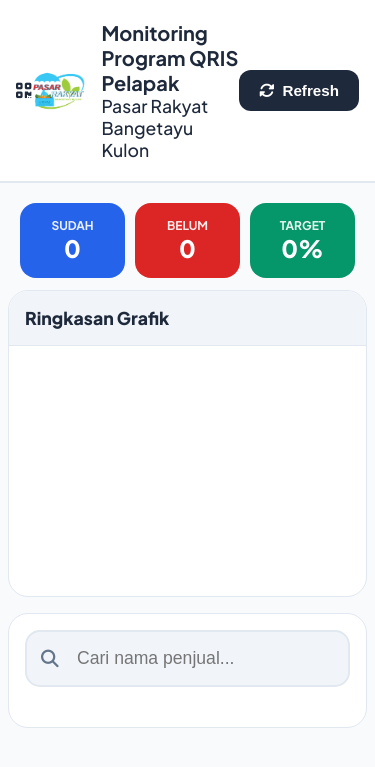
Repository: pasarrakyatbak/monitoringqrispelapak
Page: qris.html
The author's editor kept a copy of each file at every save. The page is drawn from the files as they stood at one save, then again after the next save.
The browser window is 375 px wide. The pictures show the whole page.
The page's requests for data from a server got no answer.

Above is the page before, as saved 2026-01-06 19:47:44.

### qris.html
<!DOCTYPE html>
<html lang="id">

<head>
    <meta charset="UTF-8">
    <meta name="viewport" content="width=device-width, initial-scale=1.0, maximum-scale=1.0">
    <title>Monitoring QRIS - Pelapak</title>
    <link href="https://fonts.googleapis.com/css2?family=Plus+Jakarta+Sans:wght@500;700;800&display=swap"
        rel="stylesheet">
    <link rel="stylesheet" href="https://cdnjs.cloudflare.com/ajax/libs/font-awesome/6.4.0/css/all.min.css">
    <link rel="stylesheet" href="qris.css">
    <script src="https://cdn.jsdelivr.net/npm/chart.js"></script>
</head>

<body>

    <div id="loading-overlay" class="overlay">
        <div class="loader-box">
            <i class="fas fa-circle-notch fa-spin"></i>
            <p>Memuat Data...</p>
        </div>
    </div>

    <div class="app-shell">
        <header class="top-nav">
            <div class="brand">
                <i class="fas fa-qrcode"></i>
                <img src="assets/img/logo.png" alt="Logo Pasar Rakyat" class="brand-logo">
                <div>
                    <h1>Monitoring Program QRIS Pelapak</h1>
                    <p>Pasar Rakyat Bangetayu Kulon</p>
                </div>
            </div>
            <button class="refresh-btn" onclick="refreshData()" title="Segarkan Data">
                <i class="fas fa-sync-alt"></i> <span>Refresh</span>
            </button>
        </header>

        <main class="main-content">
            <div class="stat-grid">
                <div class="s-card blue">
                    <p>SUDAH</p>
                    <h3 id="jmlSudah">0</h3>
                </div>
                <div class="s-card rose">
                    <p>BELUM</p>
                    <h3 id="jmlBelum">0</h3>
                </div>
                <div class="s-card emerald">
                    <p>TARGET</p>
                    <h3 id="persenQRIS">0%</h3>
                </div>
            </div>

            <div class="dashboard-layout">
                <section class="panel chart-panel">
                    <div class="panel-header">Ringkasan Grafik</div>
                    <div class="chart-container">
                        <canvas id="chartQRIS"></canvas>
                    </div>
                </section>

                <section class="panel list-panel">
                    <div class="search-bar">
                        <div class="input-group">
                            <i class="fas fa-search"></i>
                            <input type="text" id="searchLapak" placeholder="Cari nama penjual..."
                                onkeyup="filterLapak()">
                        </div>
                    </div>

                    <div id="data-container">
                        <div id="listPelapak" class="list-pelapak"></div>
                    </div>
                </section>
            </div>
        </main>
    </div>

    <div id="toast" class="toast">Data Berhasil Disimpan!</div>

    <script src="qris.js"></script>
</body>

</html>

### qris.css
:root {
    --primary: #2563eb;
    --emerald: #059669;
    --rose: #dc2626;
    --slate-800: #1e293b;
    --white: #ffffff;
    /* Ukuran teks proporsional untuk orang tua */
    --text-xl: 1.5rem;
    /* 24px */
    --text-lg: 1.25rem;
    /* 20px */
    --text-base: 1.1rem;
    /* 18px - Standar teks orang tua */
    --text-sm: 0.95rem;
    /* 15px */
}

* {
    margin: 0;
    padding: 0;
    box-sizing: border-box;
}

body {
    font-family: 'Plus Jakarta Sans', sans-serif;
    background: #f8fafc;
    color: var(--slate-800);
    font-size: var(--text-base);
    /* Default teks besar */
}

/* Loading Overlay Full Screen */
.overlay {
    position: fixed;
    top: 0;
    left: 0;
    width: 100%;
    height: 100%;
    background: rgba(255, 255, 255, 0.9);
    display: flex;
    justify-content: center;
    align-items: center;
    z-index: 9999;
}

.loader-box {
    text-align: center;
    color: var(--primary);
}

.loader-box i {
    font-size: 3rem;
    margin-bottom: 15px;
}

.loader-box p {
    font-weight: 700;
    font-size: var(--text-lg);
}

/* Header & Refresh */
.top-nav {
    display: flex;
    justify-content: space-between;
    align-items: center;
    padding: 20px 16px;
    background: var(--white);
    border-bottom: 2px solid #e2e8f0;
    top: 0;
    z-index: 100;
}

/* Tambahkan ini di file qris.css Anda */

.brand {
    display: flex;
    align-items: center;
    /* Hapus gap: 12px; jika sebelumnya ada, kita atur di margin gambar saja */
}

.brand-logo {
    /* Mengatur ukuran tinggi logo agar proporsional dengan teks */
    height: 55px;
    width: auto;
    /* Lebar menyesuaikan tinggi */

    /* Memberi jarak antara logo dan teks di sebelahnya */
    margin-right: 15px;

    /* Opsional: agar gambar tidak gepeng jika ukurannya tidak persegi */
    object-fit: contain;

    /* Opsional: memberi sedikit lengkungan di sudut logo */
    border-radius: 8px;
}


.brand h1 {
    font-size: var(--text-lg);
}

.refresh-btn {
    padding: 12px 20px;
    border-radius: 12px;
    border: none;
    background: var(--slate-800);
    color: white;
    font-weight: 700;
    font-size: var(--text-sm);
    cursor: pointer;
    display: flex;
    align-items: center;
    gap: 8px;
}

/* Stats */
.stat-grid {
    display: grid;
    grid-template-columns: repeat(3, 1fr);
    gap: 10px;
    padding: 12px;
}

.s-card {
    padding: 15px 5px;
    border-radius: 16px;
    text-align: center;
    color: white;
}

.s-card.blue {
    background: #2563eb;
}

.s-card.rose {
    background: #dc2626;
}

.s-card.emerald {
    background: #059669;
}

.s-card h3 {
    font-size: var(--text-xl);
    font-weight: 800;
}

.s-card p {
    font-size: 0.75rem;
    font-weight: 700;
    opacity: 0.9;
}

/* Dashboard Layout */
.main-content {
    padding: 8px;
}

.panel {
    background: white;
    border-radius: 20px;
    border: 1px solid #e2e8f0;
    margin-bottom: 16px;
    overflow: hidden;
}

.panel-header {
    padding: 16px;
    font-weight: 800;
    border-bottom: 1px solid #e2e8f0;
    background: #f1f5f9;
}

/* Card Style for List (Pengganti Table agar tidak geser kanan-kiri) */
.list-pelapak {
    display: flex;
    flex-direction: column;
    gap: 12px;
    padding: 12px;
}

.pelapak-item {
    background: #fff;
    border: 2px solid #f1f5f9;
    padding: 20px;
    border-radius: 18px;
    box-shadow: 0 4px 6px -1px rgba(0, 0, 0, 0.05);
}

.p-name {
    font-size: var(--text-lg);
    font-weight: 700;
    margin-bottom: 15px;
    color: var(--primary);
    display: block;
}

/* Input & Select Besar */
.label-hint {
    display: block;
    font-size: 0.85rem;
    color: #64748b;
    margin-bottom: 6px;
    font-weight: 700;
}

.input-big {
    width: 100%;
    padding: 14px;
    border-radius: 12px;
    border: 2px solid #cbd5e1;
    font-size: var(--text-base);
    margin-bottom: 16px;
    outline: none;
}

.input-big:focus {
    border-color: var(--primary);
}

.btn-simpan {
    width: 100%;
    padding: 16px;
    border-radius: 12px;
    background: var(--primary);
    color: white;
    border: none;
    font-size: var(--text-base);
    font-weight: 800;
    cursor: pointer;
    box-shadow: 0 4px 0 #1e40af;
    /* Efek 3D agar jelas itu tombol */
}

.btn-simpan:active {
    transform: translateY(2px);
    box-shadow: none;
}

.btn-simpan:disabled {
    background: #94a3b8;
    box-shadow: none;
}

/* Search Bar Besar */
.search-bar {
    padding: 16px;
}

.input-group {
    position: relative;
}

.input-group i {
    position: absolute;
    left: 16px;
    top: 50%;
    transform: translateY(-50%);
    color: #64748b;
}

.input-group input {
    width: 100%;
    padding: 16px 16px 16px 50px;
    border-radius: 15px;
    border: 2px solid #e2e8f0;
    font-size: var(--text-base);
    background: #f1f5f9;
}

/* Toast */
.toast {
    position: fixed;
    bottom: 30px;
    left: 50%;
    transform: translateX(-50%);
    background: #1e293b;
    color: white;
    padding: 15px 30px;
    border-radius: 50px;
    font-weight: 700;
    display: none;
    z-index: 10000;
}

/* Grafik Height */
.chart-container {
    height: 250px;
    padding: 16px;
}

@media (min-width: 800px) {
    .dashboard-layout {
        display: grid;
        grid-template-columns: 350px 1fr;
        gap: 20px;
    }

    .list-pelapak {
        display: grid;
        grid-template-columns: 1fr 1fr;
        gap: 16px;
    }
}

### qris.js
const API_URL = "https://script.google.com/macros/s/AKfycby4z2qZ24SrJkcyGpybH29lSUC_3_z1LG-7wSmTzpaOEXrwjXf0Cl3hqkg95qAxPj1-/exec";

let masterData = [];
let chartInstance;

// Fungsi Menampilkan/Sembunyikan Loading Utama
function toggleLoader(show) {
    document.getElementById("loading-overlay").style.display = show ? "flex" : "none";
}

async function init() {
    toggleLoader(true);
    try {
        await Promise.all([fetchData(), fetchStats()]);
    } catch (e) {
        alert("Gagal memuat data. Periksa koneksi internet.");
    } finally {
        toggleLoader(false);
    }
}

async function refreshData() {
    await init();
}

async function fetchData() {
    const res = await fetch(`${API_URL}?action=listQRIS`);
    const json = await res.json();
    masterData = json.data;
    renderData(masterData);
}

async function fetchStats() {
    const res = await fetch(`${API_URL}?action=statistikQRIS`);
    const d = await res.json();

    document.getElementById("jmlSudah").innerText = d.sudah;
    document.getElementById("jmlBelum").innerText = d.belum;
    const p = Math.round((d.sudah / d.totalPelapak) * 100) || 0;
    document.getElementById("persenQRIS").innerText = p + "%";

    drawChart(d.sudah, d.belum);
}

// Render data menggunakan format KARTU (bukan tabel) agar tidak geser kanan kiri
function renderData(data) {
    const container = document.getElementById("listPelapak");
    if (data.length === 0) {
        container.innerHTML = `<p style="text-align:center; padding:20px;">Nama tidak ditemukan...</p>`;
        return;
    }

    container.innerHTML = data.map(d => `
        <div class="pelapak-item">
            <span class="p-name">${d.no}. ${d.nama}</span>

            <label class="label-hint">Nomor Lapak:</label>
            <input type="text" class="input-big" id="lapak-${d.no}" value="${d.nomorLapak || ''}" placeholder="Contoh: A-01">

            <label class="label-hint">Status Pengambilan QRIS:</label>
            <select class="input-big" id="status-${d.no}">
                <option value="Belum" ${d.statusQRIS === 'Belum' ? 'selected' : ''}>❌ BELUM AMBIL QRIS</option>
                <option value="Sudah" ${d.statusQRIS === 'Sudah' ? 'selected' : ''}>✅ SUDAH AMBIL QRIS</option>
            </select>

            <button class="btn-simpan" id="btn-${d.no}" onclick="updateData(${d.no})">
                <i class="fas fa-save"></i> SIMPAN PERUBAHAN
            </button>
        </div>
    `).join('');
}

async function updateData(no) {
    const btn = document.getElementById(`btn-${no}`);
    const lp = document.getElementById(`lapak-${no}`).value;
    const st = document.getElementById(`status-${no}`).value;

    // Loading pada tombol
    const originalText = btn.innerHTML;
    btn.disabled = true;
    btn.innerHTML = `<i class="fas fa-spinner fa-spin"></i> MENYIMPAN...`;

    try {
        await fetch(`${API_URL}?action=updateQRISPelapak&no=${no}&nomorLapak=${encodeURIComponent(lp)}&statusQRIS=${st}`, { method: "POST" });
        showToast();
        await Promise.all([fetchData(), fetchStats()]); // Refresh data tanpa overlay full
    } catch (e) {
        alert("Gagal menyimpan data.");
    } finally {
        btn.disabled = false;
        btn.innerHTML = originalText;
    }
}

function drawChart(s, b) {
    const ctx = document.getElementById("chartQRIS");
    if (chartInstance) chartInstance.destroy();

    chartInstance = new Chart(ctx, {
        type: 'doughnut',
        data: {
            labels: ['Sudah', 'Belum'],
            datasets: [{
                data: [s, b],
                backgroundColor: ['#2563eb', '#f43f5e'],
                borderWidth: 0
            }]
        },
        options: {
            maintainAspectRatio: false,
            plugins: {
                legend: {
                    position: 'bottom',
                    labels: { font: { size: 14, weight: 'bold', family: 'Plus Jakarta Sans' }, padding: 20 }
                }
            }
        }
    });
}

function filterLapak() {
    const val = document.getElementById("searchLapak").value.toLowerCase();
    const filtered = masterData.filter(x => x.nama.toLowerCase().includes(val));
    renderData(filtered);
}

function showToast() {
    const t = document.getElementById("toast");
    t.style.display = "block";
    setTimeout(() => t.style.display = "none", 3000);
}

document.addEventListener("DOMContentLoaded", init);

After the next save:
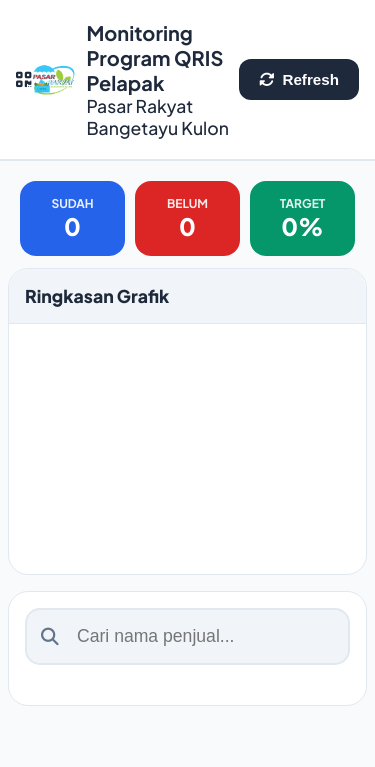
Saved 6 s later.
--- a/qris.css
+++ b/qris.css
@@ -302,3 +302,11 @@ body {
         gap: 16px;
     }
 }
+
+/* Penyesuaian untuk layar HP kecil agar logo tidak terlalu mendominasi */
+@media (max-width: 480px) {
+    .brand-logo {
+        height: 45px;
+        margin-right: 10px;
+    }
+}
